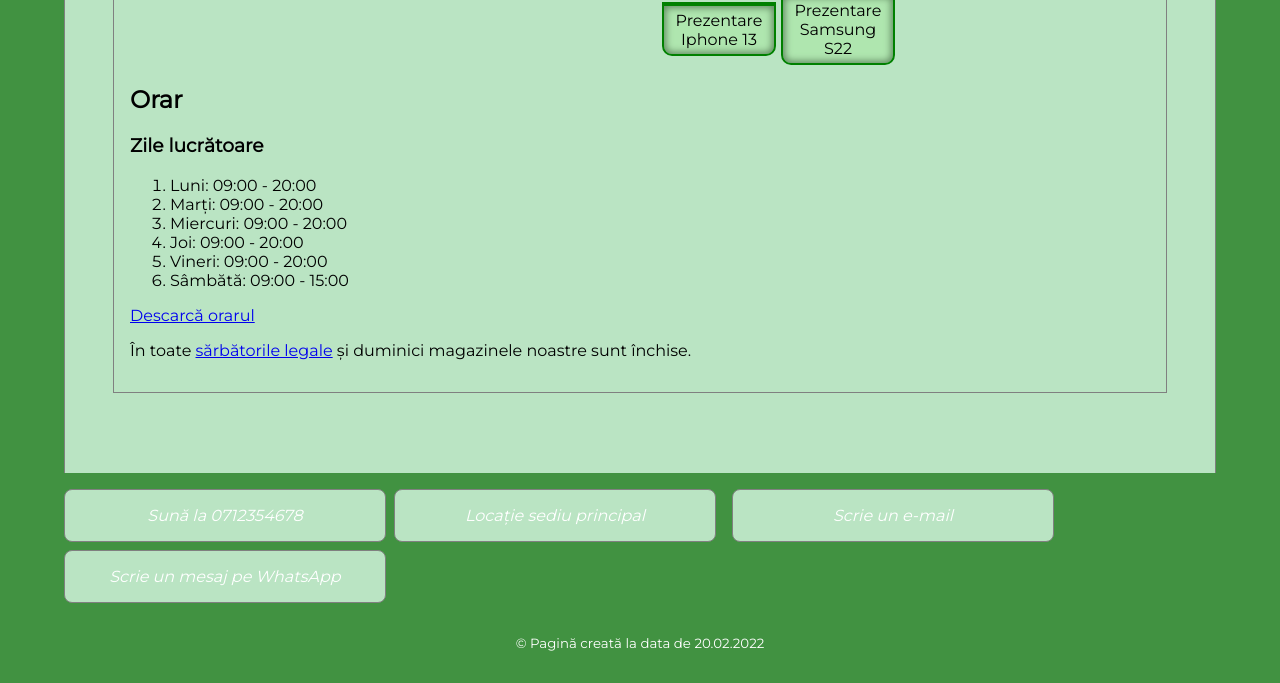
Repository: alexbanilean/Proiect-TW---ElectroHub
Page: index.html
The author's editor kept a copy of each file at every save. The page is drawn from the files as they stood at one save, then again after the next save.
The browser window is 1280 px wide. The pictures show the part of the page from y = 3956 to 4639 px (the page is 4639 px tall before and 4631 px after).

Above is the page before, as saved 2022-03-06 19:25:59.

### index.html
<!DOCTYPE html>
<html lang="ro">
    <head>

        <meta charset="utf-8">
        <meta name="description" content="Universul electronicelor și electrocasnicelor la cele mai bune prețuri.">
        <meta name="keywords" content="electronice, electrocasnice, telefoane, tablete, jocuri, televizoare, smartphone">
        <meta name="author" content="Alexandru Bănilean">

        <title>ElectroHub</title>

        <link rel="apple-touch-icon" sizes="180x180" href="./resurse/ico/apple-touch-icon.png">
        <link rel="icon" type="image/png" sizes="32x32" href="./resurse/ico/favicon-32x32.png">
        <link rel="icon" type="image/png" sizes="16x16" href="./resurse/ico/favicon-16x16.png">
        <link rel="manifest" href="./resurse/ico/site.webmanifest">
        <link rel="mask-icon" href="./resurse/ico/safari-pinned-tab.svg" color="#5bbad5">
        <link rel="shortcut icon" href="./resurse/ico/favicon.ico">
        <meta name="msapplication-TileColor" content="#da532c">
        <meta name="msapplication-config" content="./resurse/ico/browserconfig.xml">
        <meta name="theme-color" content="#ffffff">

        <link rel="stylesheet" href="./resurse/css/general.css" type="text/css"/>
        <link rel="stylesheet" href="./resurse/css/general-1200.css" type="text/css" media="screen and (max-width:1200px)"/>
        <link rel="stylesheet" href="./resurse/css/general-500.css" type="text/css" media="screen and (max-width:500px)"/>
        <link rel="stylesheet" href="./resurse/css/nav.css" type="text/css"/>
        <link rel="stylesheet" href="./resurse/css/nav-500.css" type="text/css" media="screen and (max-width:500px)"/>

        <link rel="stylesheet" href="https://use.fontawesome.com/releases/v6.0.0/css/all.css">
        <link rel="preconnect" href="https://fonts.gstatic.com">
        <link href="https://fonts.googleapis.com/css?family=Montserrat" rel="stylesheet"/>

    </head>
    <body>
        <header>
            <h1>ElectroHub</h1>
        </header>

        <nav>

            <label id="hamburger" for="ch-menu">
                <img src="./resurse/imagini/hamburger_icon_alb.png" alt="menu">
            </label>
            <input id="ch-menu" type="checkbox">

            <ul class="meniu">
                <li><div class="home-button"><span class="text-home-button">Acasă</span></div>
                    <ul>
                        <li><a href="#welcome">Bine ați venit!</a></li>
                        <li><a href="#orar">Orar</a></li>
                    </ul>
                </li>
                <li><div>Despre</div>
                    <ul>
                        <li><a href="despre.html#prezentare">Prezentare</a></li>
                        <li><a href="despre.html#istoric">Istoric</a></li>
                        <li><a href="despre.html#galerie">Galerie</a></li>
                    </ul>
                </li>
                <li><div>Produse</div>
                    <ul>
                        <li><a href="#">Toate</a></li>
                        <li><a href="#">Telefoane & Tablete</a></li>
                        <li><a href="#">Laptop & Desktop</a></li>
                        <li><a href="#">TV</a></li>
                        <li><a href="#">Audio-Video & Foto</a></li>
                        <li><a href="#">Periferice</a></li>
                        <li><a href="#">Gaming, Jocuri</a></li>
                        <li><a href="#">Electrocasnice mari</a></li>
                        <li><a href="#">Electrocasnice mici</a></li>
                        <li><a href="#">Îngrijire personală</a></li>
                    </ul>
                </li>
                <li><a href="suport_clienti.html">Suport clienți</a></li>
                <li><a href="contact.html">Contact</a></li>
            </ul>
        </nav>

        <main>
            <div id="grid-pagina">
                <section id="welcome">
                    <h2>Bine ați venit!</h2>
                    <p>ElectroHub România reprezintă cel mai mare furnizor de tehnologie la nivel național,
                        oferind clienților toate produsele <b>electronice</b> și <b>electrocasnice</b> necesare, împreună cu servicii de calitate,
                        dar și tehnică de ultimă generație, de la cele mai noi <b>televizoare</b> numai bune pentru a te relaxa, până la <b>telefoane</b> mobile,
                        <b>tablete</b> și <b>jocuri</b> pentru a-i face fericiți pe cei mici și nu numai.</p>
                    <p>Scopurile urmărite de compania noastră sunt:</p>
                    <ol>
                        <li>Asigurarea serviciilor de calitate clienților noștri</li>
                        <li>Eficiență și rapiditate</li>
                        <li>Oferirea unei game variate de produse</li>
                        <li><q lang="ro" cite="https://www.postmodern.ro/articol/citate-despre-succes/">Când totul pare că e împotriva ta, amintește-ți că avioanele decolează întotdeauna împotriva vântului.</q></li>
                    </ol>

                    <figure>
                        <img sizes="(min-width:1200px) 1280px, (min-width:600px) 640px, 200px"
                            srcset="./resurse/imagini/online_shopping_large.jpg 1280w,
                                    ./resurse/imagini/online_shopping_medium.jpg 640w,
                                    ./resurse/imagini/online_shopping_small.jpg 200w"
                            src="./resurse/imagini/online_shopping_medium.jpg"
                            alt="online_shopping"
                            class="imagine_client"/>
                        <figcaption>Servicii de <em>calitate</em> și clienți mulțumiți</figcaption>
                    </figure>

                </section>

                <section id="tabel">
                    <p>Lorem ipsum dolor sit amet, consectetur adipiscing elit. Nullam aliquam odio vitae purus sagittis congue. Nullam eu facilisis felis. Suspendisse dapibus, leo id hendrerit convallis, dolor eros condimentum augue, eu luctus felis dolor sed odio. Phasellus congue tincidunt lectus, quis laoreet nibh. Nam ac nulla aliquet, dapibus eros non, dictum nulla. Donec mollis, nunc vel fringilla condimentum, enim orci varius ante, sed rutrum lectus risus et quam. Sed suscipit ac eros nec placerat. Aliquam quis urna id orci eleifend eleifend ut in sem. Fusce facilisis tristique tellus at fermentum.
                       Sed scelerisque malesuada felis eget luctus. In consectetur et lectus vel maximus. Morbi accumsan magna sed orci lobortis imperdiet. Nam sit amet risus vel lectus maximus accumsan vitae at metus. Ut convallis nisi vel tortor placerat varius. Sed pulvinar felis quis magna bibendum convallis. Praesent at arcu eget turpis viverra varius ut vel elit. Nulla cursus faucibus magna, vitae laoreet magna feugiat sit amet. Pellentesque dictum mauris lacinia, elementum tellus vitae, interdum velit. Nullam a commodo nibh. Aenean ultricies venenatis mauris. Pellentesque vel scelerisque felis. Cras gravida, sem nec laoreet bibendum, leo sapien dignissim massa, et ullamcorper sapien purus cursus ex. Phasellus consequat fringilla enim, non aliquam velit egestas lobortis.</p>
                </section>

                <section id="calendar">
                    <p>Lorem ipsum dolor sit amet, consectetur adipiscing elit. Nullam aliquam odio vitae purus sagittis congue. Nullam eu facilisis felis. Suspendisse dapibus, leo id hendrerit convallis, dolor eros condimentum augue, eu luctus felis dolor sed odio. Phasellus congue tincidunt lectus, quis laoreet nibh. Nam ac nulla aliquet, dapibus eros non, dictum nulla. Donec mollis, nunc vel fringilla condimentum, enim orci varius ante, sed rutrum lectus risus et quam. Sed suscipit ac eros nec placerat. Aliquam quis urna id orci eleifend eleifend ut in sem. Fusce facilisis tristique tellus at fermentum.
                        Sed scelerisque malesuada felis eget luctus. In consectetur et lectus vel maximus. Morbi accumsan magna sed orci lobortis imperdiet. Nam sit amet risus vel lectus maximus accumsan vitae at metus. Ut convallis nisi vel tortor placerat varius. Sed pulvinar felis quis magna bibendum convallis. Praesent at arcu eget turpis viverra varius ut vel elit. Nulla cursus faucibus magna, vitae laoreet magna feugiat sit amet. Pellentesque dictum mauris lacinia, elementum tellus vitae, interdum velit. Nullam a commodo nibh. Aenean ultricies venenatis mauris. Pellentesque vel scelerisque felis. Cras gravida, sem nec laoreet bibendum, leo sapien dignissim massa, et ullamcorper sapien purus cursus ex. Phasellus consequat fringilla enim, non aliquam velit egestas lobortis.</p>
                </section>

                <section id="anunturi">
                    <p>Lorem ipsum dolor sit amet, consectetur adipiscing elit. Nullam aliquam odio vitae purus sagittis congue. Nullam eu facilisis felis. Suspendisse dapibus, leo id hendrerit convallis, dolor eros condimentum augue, eu luctus felis dolor sed odio. Phasellus congue tincidunt lectus, quis laoreet nibh. Nam ac nulla aliquet, dapibus eros non, dictum nulla. Donec mollis, nunc vel fringilla condimentum, enim orci varius ante, sed rutrum lectus risus et quam. Sed suscipit ac eros nec placerat. Aliquam quis urna id orci eleifend eleifend ut in sem. Fusce facilisis tristique tellus at fermentum.
                        Sed scelerisque malesuada felis eget luctus. In consectetur et lectus vel maximus. Morbi accumsan magna sed orci lobortis imperdiet. Nam sit amet risus vel lectus maximus accumsan vitae at metus. Ut convallis nisi vel tortor placerat varius. Sed pulvinar felis quis magna bibendum convallis. Praesent at arcu eget turpis viverra varius ut vel elit. Nulla cursus faucibus magna, vitae laoreet magna feugiat sit amet. Pellentesque dictum mauris lacinia, elementum tellus vitae, interdum velit. Nullam a commodo nibh. Aenean ultricies venenatis mauris. Pellentesque vel scelerisque felis. Cras gravida, sem nec laoreet bibendum, leo sapien dignissim massa, et ullamcorper sapien purus cursus ex. Phasellus consequat fringilla enim, non aliquam velit egestas lobortis.</p>
                </section>

                <section id="users-list">
                    <p>Lorem ipsum dolor sit amet, consectetur adipiscing elit. Nullam aliquam odio vitae purus sagittis congue. Nullam eu facilisis felis. Suspendisse dapibus, leo id hendrerit convallis, dolor eros condimentum augue, eu luctus felis dolor sed odio. Phasellus congue tincidunt lectus, quis laoreet nibh. Nam ac nulla aliquet, dapibus eros non, dictum nulla. Donec mollis, nunc vel fringilla condimentum, enim orci varius ante, sed rutrum lectus risus et quam. Sed suscipit ac eros nec placerat. Aliquam quis urna id orci eleifend eleifend ut in sem. Fusce facilisis tristique tellus at fermentum.
                        Sed scelerisque malesuada felis eget luctus. In consectetur et lectus vel maximus. Morbi accumsan magna sed orci lobortis imperdiet. Nam sit amet risus vel lectus maximus accumsan vitae at metus. Ut convallis nisi vel tortor placerat varius. Sed pulvinar felis quis magna bibendum convallis. Praesent at arcu eget turpis viverra varius ut vel elit. Nulla cursus faucibus magna, vitae laoreet magna feugiat sit amet. Pellentesque dictum mauris lacinia, elementum tellus vitae, interdum velit. Nullam a commodo nibh. Aenean ultricies venenatis mauris. Pellentesque vel scelerisque felis. Cras gravida, sem nec laoreet bibendum, leo sapien dignissim massa, et ullamcorper sapien purus cursus ex. Phasellus consequat fringilla enim, non aliquam velit egestas lobortis.</p>
                </section>

                <section id="statistici">
                    <p>Lorem ipsum dolor sit amet, consectetur adipiscing elit. Nullam aliquam odio vitae purus sagittis congue. Nullam eu facilisis felis. Suspendisse dapibus, leo id hendrerit convallis, dolor eros condimentum augue, eu luctus felis dolor sed odio. Phasellus congue tincidunt lectus, quis laoreet nibh. Nam ac nulla aliquet, dapibus eros non, dictum nulla. Donec mollis, nunc vel fringilla condimentum, enim orci varius ante, sed rutrum lectus risus et quam. Sed suscipit ac eros nec placerat. Aliquam quis urna id orci eleifend eleifend ut in sem. Fusce facilisis tristique tellus at fermentum.
                        Sed scelerisque malesuada felis eget luctus. In consectetur et lectus vel maximus. Morbi accumsan magna sed orci lobortis imperdiet. Nam sit amet risus vel lectus maximus accumsan vitae at metus. Ut convallis nisi vel tortor placerat varius. Sed pulvinar felis quis magna bibendum convallis. Praesent at arcu eget turpis viverra varius ut vel elit. Nulla cursus faucibus magna, vitae laoreet magna feugiat sit amet. Pellentesque dictum mauris lacinia, elementum tellus vitae, interdum velit. Nullam a commodo nibh. Aenean ultricies venenatis mauris. Pellentesque vel scelerisque felis. Cras gravida, sem nec laoreet bibendum, leo sapien dignissim massa, et ullamcorper sapien purus cursus ex. Phasellus consequat fringilla enim, non aliquam velit egestas lobortis.</p>
                </section>

                <section id="date-site">
                    <p>Lorem ipsum dolor sit amet, consectetur adipiscing elit. Nullam aliquam odio vitae purus sagittis congue. Nullam eu facilisis felis. Suspendisse dapibus, leo id hendrerit convallis, dolor eros condimentum augue, eu luctus felis dolor sed odio. Phasellus congue tincidunt lectus, quis laoreet nibh. Nam ac nulla aliquet, dapibus eros non, dictum nulla. Donec mollis, nunc vel fringilla condimentum, enim orci varius ante, sed rutrum lectus risus et quam. Sed suscipit ac eros nec placerat. Aliquam quis urna id orci eleifend eleifend ut in sem. Fusce facilisis tristique tellus at fermentum.
                        Sed scelerisque malesuada felis eget luctus. In consectetur et lectus vel maximus. Morbi accumsan magna sed orci lobortis imperdiet. Nam sit amet risus vel lectus maximus accumsan vitae at metus. Ut convallis nisi vel tortor placerat varius. Sed pulvinar felis quis magna bibendum convallis. Praesent at arcu eget turpis viverra varius ut vel elit. Nulla cursus faucibus magna, vitae laoreet magna feugiat sit amet. Pellentesque dictum mauris lacinia, elementum tellus vitae, interdum velit. Nullam a commodo nibh. Aenean ultricies venenatis mauris. Pellentesque vel scelerisque felis. Cras gravida, sem nec laoreet bibendum, leo sapien dignissim massa, et ullamcorper sapien purus cursus ex. Phasellus consequat fringilla enim, non aliquam velit egestas lobortis.</p>
                </section>

                <section id="random">

                    <details>
                        <summary>Categorii de produse</summary>
                        <ol>
                            <li>Telefoane & Tablete</li>
                            <li>Laptop & Desktop</li>
                            <li>TV, Audio-Video & Foto</li>
                            <li>Periferice</li>
                            <li>Gaming, Jocuri</li>
                            <li>Electrocasnice mari</li>
                            <li>Electrocasnice mici</li>
                            <li>Îngrijire personală</li>
                        </ol>
                    </details>

                    <details>
                        <summary>Întrebări frecvente</summary>
                        <ol>
                            <li>Cum cumpăr?</li>
                            <li>Cum pot returna un produs?</li>
                            <li>Cum aflu dacă produsul meu este sau nu în garanție?</li>
                        </ol>
                    </details>

                    <section id="prezentari">
                        <h2>Prezentari</h2>
                        <p>Aici puteti vedea cele mai noi telefoane ale momentului prezentate profesionist.</p>

                        <div class="video-prezentari">
                            <div id="container-iframe">
                                <iframe name="ifr-video" width="560" height="315" src="https://www.youtube.com/embed/Awu6ZyfDeeQ"
                                allow="accelerometer; autoplay; clipboard-write; encrypted-media; gyroscope; picture-in-picture" allowfullscreen></iframe>
                            </div>

                             <div class="taburi-iframe">
                                <a href="https://www.youtube.com/embed/Awu6ZyfDeeQ" target="ifr-video">Prezentare Iphone 13</a>
                                <a href="https://www.youtube.com/embed/XTiu4o0PCxY" target="ifr-video">Prezentare Samsung S22</a>
                            </div>
                        </div>



                    </section>

                    <section id="orar">
                        <h2>Orar</h2>
                        <section>
                            <h3>Zile lucrătoare</h3>
                            <ol>
                                <li>Luni: 09:00 - 20:00</li>
                                <li>Marți: 09:00 - 20:00</li>
                                <li>Miercuri: 09:00 - 20:00</li>
                                <li>Joi: 09:00 - 20:00</li>
                                <li>Vineri: 09:00 - 20:00</li>
                                <li>Sâmbătă: 09:00 - 15:00</li>
                            </ol>

                            <a href="./resurse/imagini/orar.jpg" download="orar_ElectroHub_2022">Descarcă orarul</a>

                            <p>În toate <a href="https://www.zileliberelegale.ro/zile-libere-2022">sărbătorile legale</a> și duminici magazinele noastre sunt închise.</p>
                        </section>
                    </section>
                </section>
            </div>
        </main>

        <footer>
            <address>
                <a href="tel:+40712354678">Sună la 0712354678</a>
                <a href="https://www.google.com/maps/place/Faculty+of+Mathematics+and+Informatics+-+University+of+Bucharest/@44.4355355,26.0995867,15z/data=!4m5!3m4!1s0x0:0x493984726f0235f9!8m2!3d44.4355355!4d26.0995867">Locație sediu principal</a><br/>
                <a href="mailto::clienti.electrohub@gmail.com">Scrie un e-mail</a>
                <a href="https://api.whatsapp.com/send?phone=40712354678">Scrie un mesaj pe WhatsApp</a>
            </address>

            <a href="#" id="link-top"><div class="tooltip"><span class="tooltiptext">Înapoi în partea de sus a paginii</span></div></a>

            <p class="copyright-info"><small>&copy; Pagină creată la data de <time datetime="2022-02-20">20.02.2022</time></small></p>
        </footer>
    </body>
</html>

### resurse/css/general.css
html{
    font-size: 16px;
    font-family: 'Montserrat';
}

body{


    --c1-text: black;
}

body{
    --body-padding: 4rem;
    --pading-intern: 3rem;

    margin-top: 0;
    margin-bottom: 0;
    margin-left: 0;
    margin-right: 0;

    padding-top: 0;
    padding-bottom: 0;
    padding-left: var(--body-padding);
    padding-right: var(--body-padding);

    background-color: rgb(65, 146, 65);
    background-attachment: fixed;

    min-width: 330px;
}

h1{
    font-size: 3rem;
    font-family: 'Montserrat';
    color: white;
}

main{
    --main-border: 1px solid grey;

    background-color: rgb(186, 228, 195);
    border-left: var(--main-border);
    border-right: var(--main-border);
    padding-bottom: 2rem;

    overflow: hidden;
}

#grid-pagina{
    display: grid;

    grid-template-areas:
                        "zona-1 zona-1 zona-1 zona-1"
                        "zona-5 zona-6 zona-6 zona-7"
                        "zona-3 zona-3 zona-2 zona-2"
                        "zona-4 zona-4 zona-2 zona-2"
                        "zona-8 zona-8 zona-8 zona-8";
    grid-template-columns: 1fr 1fr 1fr 1fr;
    padding: var(--pading-intern);
    grid-gap: 1rem;
}

#grid-pagina>section{
    border: 1px solid grey;
    padding: 1rem;
}

#welcome{
    grid-area: zona-1;
}

#welcome .imagine_client{
    width: 100%;
    margin-left: auto;
    margin-right: auto;
}

#welcome figcaption{
    width: 100%;
    text-align: center;
}

#tabel{
    grid-area: zona-2;
}

#calendar{
    grid-area: zona-3;
}

#anunturi{
    grid-area: zona-4;
}

#users-list{
    grid-area: zona-5;
}

#statistici{
    grid-area: zona-6;
}

#date-site{
    grid-area: zona-7;
}

#random{
    grid-area: zona-8;
}

footer{
    background-color: rgb(65, 146, 65);
    color: white;
}

footer>address{
    display: flex;
    flex-direction: row;
    flex-wrap: wrap;
    margin-top: 1rem;
    background-color: none;
    gap: 0.5rem;
}

footer>address a{
    display: flex;

    text-decoration: none;
    background-color: rgb(186, 228, 195);
    color: white;

    justify-content: center;
    align-items: center;

    border: 1px solid grey;
    border-radius: 0.5rem;

    width: 25%;
    margin: 0;
    padding: 1rem;
}

footer>.copyright-info{
    display: flex;
    flex-direction: row;
    justify-content: center;
    align-items: center;
    margin: 0;
    padding: 2rem;
}

/* Iframe + taburi */

.video-prezentari{
    position: relative;
    display: flex;
    flex-direction: column;
    align-items: center;
    align-content: center;
    min-width: 300px;
    width: 75%;
}

#container-iframe{
    box-sizing: border-box;
    display: flex;
    position: relative;
    padding-bottom: 56.25%;
    height: 0;
    width: 100%;
}

#container-iframe iframe{
    border: 4px solid green;
    padding: 0;
    top: 0;
    left: 0;
    position: absolute;
    width: 100%;
    height: 100%;
}

.taburi-iframe{
    display: flex;
    flex-direction: row;
    justify-content: right;
    align-items: center;
    width: 100%;

}

.taburi-iframe a{
    text-decoration: none;
    width: 100px;

    display: inline-block;
    border: 2px solid green;
    border-top: 4px solid green;

    border-bottom-left-radius: 10px;
    border-bottom-right-radius: 10px;
    background-color: rgb(175, 230, 175);
    color: black;

    transition: all 300ms linear;
    text-align: center;
    vertical-align: top;
    padding: 5px;

    box-shadow: 0px 0px 7px 2px inset rgb(98, 138, 98);
}

.taburi-iframe a+a{
    margin-left: 5px;

}

.taburi-iframe a:hover{
    background-color: white;
    box-shadow: none;
}

/* Link-top */

#link-top::before{
    content:'\01F839';
    font-size: 2rem;
    display: flex;
    flex-direction: column;
    justify-content: center;
    color: green;
    margin: 0;
    padding: 0;
    width: 100%;
    height: 100%;
    position: absolute;

    transform: scale(1);
    transition: 400ms linear;
    transform-origin: center center;
}

#link-top:hover::before{
    transform: scale(1.5);
    transition: 400ms linear;
    transform-origin: center center;
}

#link-top{
    position: fixed;
    display: flex;
    opacity: 0.5;

    bottom: 1rem;
    right: 1rem;
    width: 2.5rem;
    height: 2.3rem;
    background-color: white;
    border-top-left-radius: 50%;
    border-top-right-radius: 50%;
    border: 1px solid grey;
    box-shadow: 0px 0px 8px inset rgb(116, 115, 115);
    overflow: hidden;

    text-decoration: none;
    text-align: center;
}

#link-top:hover{
    opacity: 1;
    box-shadow: 0px 0px 15px inset rgb(116, 115, 115);
    transition: 400ms linear;
}


#link-top>.tooltip{
    bottom: 1rem;
    right: 1rem;
    width: 2.5rem;
    height: 2.3rem;
    position: fixed;
}

.tooltip>.tooltiptext{
    visibility: hidden;
    display: inline-block;
    width: 250px;
    background-color: white;
    color: black;
    text-align: center;
    border-radius: 10px;
    padding: 5px;

    position: absolute;
    z-index: 1;
    bottom: 0;
    right: 110%;
}

#link-top:hover>.tooltip>.tooltiptext{
    visibility: visible;
}

### resurse/css/general-1200.css
html{
    font-size: 14px;
}

body{
    --body-padding: 1.5rem;
    margin: 0;
}

#link-top{
    right: 1.7rem;
}

#link-top>.tooltip{
    right: 1.8rem;
}

nav>ul.meniu>li>div.home-button>.text-home-button{
    display: none;
}

nav>ul.meniu>li>div.home-button::before{
    padding-right: 0;
}

### resurse/css/general-500.css
html{
    font-size: 10px;
}

body{
    --body-padding: 0;
}

h1{
    text-align: center;
}

#grid-pagina{
    display: block;
}

section{
    margin-top: 1rem;
}

.taburi-iframe a{
    text-decoration: none;
    width: 75px;
}

#link-top{
    right: 0.3rem;
}

#link-top>.tooltip{
    right: 0.4rem;
}

Loaded but not shown: resurse/css/nav.css (124 lines, source omitted); resurse/css/nav-500.css (71 lines, source omitted)

After the next save:
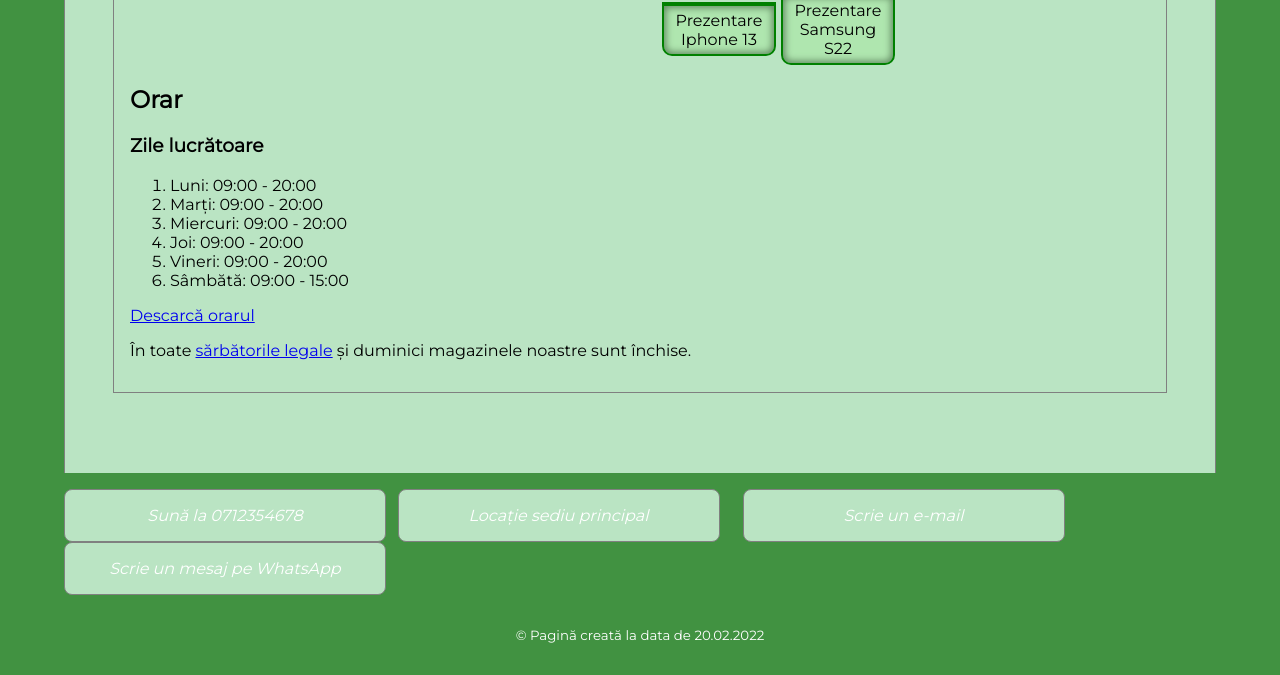
Saved 19 s later.
--- a/resurse/css/general.css
+++ b/resurse/css/general.css
@@ -119,7 +119,7 @@ footer>address{
     flex-wrap: wrap;
     margin-top: 1rem;
     background-color: none;
-    gap: 0.5rem;
+    gap: 1%;
 }
 
 footer>address a{
